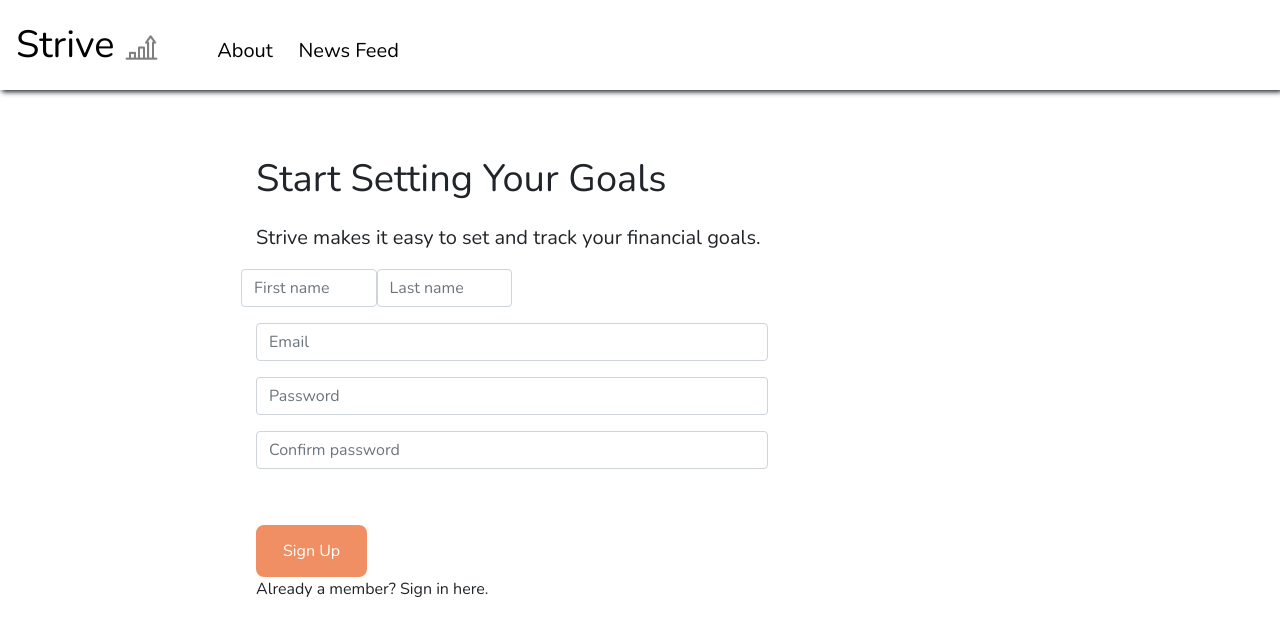
Repository: NoraOK/Strive
Page: http://localhost/strive/WEB-INF/strive/register.jsp
These files come from the project's save history. The page is drawn as it stood at one moment and after the next save; the edit follows.
The browser window is 1280 px wide. The pictures show the whole page.
The page is served by Tomcat 9. Nobody is signed in. Other server files are loaded and not shown. The template is opened directly, without the code that normally fills it, so the values that code supplies are empty.

Above is the page before, as saved 2019-12-18 20:05:34.

### strive/src/main/webapp/WEB-INF/strive/register.jsp
<%@ page language="java" contentType="text/html; charset=UTF-8"
    pageEncoding="UTF-8"%>
<%@ taglib prefix="form" uri="http://www.springframework.org/tags/form"%>
<!DOCTYPE html>
<html>
<head>
<meta charset="UTF-8">
<title>Strive | Sign Up</title>
	<link rel="stylesheet" href="https://stackpath.bootstrapcdn.com/bootstrap/4.3.1/css/bootstrap.min.css" integrity="sha384-ggOyR0iXCbMQv3Xipma34MD+dH/1fQ784/j6cY/iJTQUOhcWr7x9JvoRxT2MZw1T" crossorigin="anonymous">
	<link href="/css/register.css" rel="stylesheet" type="text/css"/>
	<link href="https://fonts.googleapis.com/css?family=Nunito&display=swap" rel="stylesheet">
</head>
<body>
	<div>
		<jsp:include page="headerNoLogout.jsp"/>
	</div>
	<div class="body">
		<p class="slogan">Start Setting Your Goals</p>
		<p class="about">Strive makes it easy to set and track your financial goals.</p>

    	<form:form method="POST" action="/registration" modelAttribute="user">
    		<p class="row">
	            <form:errors path="firstName"/>
	            <form:input path="firstName" class="col-3 form-control" placeholder="First name"/>
	            <form:errors path="lastName"/>
	            <form:input path="lastName" class="col-3 form-control" placeholder="Last name"/>
	        </p>
	        <p>
	            <p style="color:red;"><form:errors path="email"/></p>
	            <form:input path="email" class="form-control" placeholder="Email"/>
	        </p>
	        <p>
	            <p style="color:red;"><form:errors path="password"/></p>
	            <form:password path="password" class="form-control" placeholder="Password"/>
	        </p>
	        <p>
	            <p style="color:red;"><form:errors path="passwordConfirmation"/></p>
	            <form:password path="passwordConfirmation" class="form-control" placeholder="Confirm password"/>
	        </p>
	        <input type="submit" value="Sign Up" class="sign_up"/>
	        <p>Already a member? <a>Sign in here.</a></p>
    	</form:form>
	</div>
</body>
</html>

### strive/src/main/webapp/WEB-INF/strive/headerNoLogout.jsp
<%@ page language="java" contentType="text/html; charset=UTF-8"
    pageEncoding="UTF-8"%>
<!DOCTYPE html>
<html>
<head>
<meta charset="UTF-8">
<title>Insert title here</title>
	<link rel="stylesheet" href="https://stackpath.bootstrapcdn.com/bootstrap/4.3.1/css/bootstrap.min.css" integrity="sha384-ggOyR0iXCbMQv3Xipma34MD+dH/1fQ784/j6cY/iJTQUOhcWr7x9JvoRxT2MZw1T" crossorigin="anonymous">
	<link href="/css/header.css" rel="stylesheet" type="text/css"/>
	<link href="https://fonts.googleapis.com/css?family=Nunito&display=swap" rel="stylesheet">
</head>
<body>
	<header class="p-3">
		<div class="logo d-inline">
			<a href="/" class="d-inline home_button">Strive <img class="header_img" src="/images/icon2.png" alt=""></a>
			<div class="d-inline links pl-5">
				<a class="d-inline link" href="">About</a>
				<a class="d-inline link pl-3" href="">News Feed</a>
			</div>
		</div>
	</header>
</body>
</html>

### strive/src/main/resources/static/css/register.css
.body{
	padding-top: 150px;
	padding-left: 20%;
	font-family: 'Nunito', sans-serif;
	width: 60%;
}


.slogan{
	font-size: 38px;
	font-weight: light;
}

.about{
	font-size: 20px;
}



/* ------------------------------------- */
/*           Sign up button              */
/* ------------------------------------- */


.sign_up{
	border:2px solid #EF8F63 ;
	border-radius: 8px;
	background-color: #EF8F63;
	padding: 12px 25px;
	color: white;
}

.sign_up:hover{
	border:2px solid #F9AD86 ;
	border-radius: 8px;
	background-color: #F9AD86;
	padding: 12px 25px;
	color: white;
}
input[type=submit]{
	margin-top: 40px;
}

### strive/src/main/resources/static/css/header.css
header{
	box-shadow: 2px 2px 5px;
	height: 90px;
	z-index: 10;
    position: fixed;
    width: 100%;
    font-family:'Nunito', sans-serif;
    background-color: white;
}

.logo{
	font-size: 38px;

}
.header_img{
	background-color: white;
	width: 35px;
	opacity: .5;
}

.button{
	font-size: 17px;
	color: black;
}

.link {
	font-size: 20px;
	color: black;
}

a:link {
  text-decoration: none;
}

a:visited {
  text-decoration: none;
}

a:hover {
  text-decoration: none;
}

.logout_button{
	border: solid 1.5px #F9AD86;
	border-radius: 8px;
	padding:  8px;
	color: black;
}

.logout_button:hover {
	background-color: #F9AD86;
	color: white;
}

.buttons{
	margin-left: 60%;
}

.home_button{
	color: black;
}

After the next save:
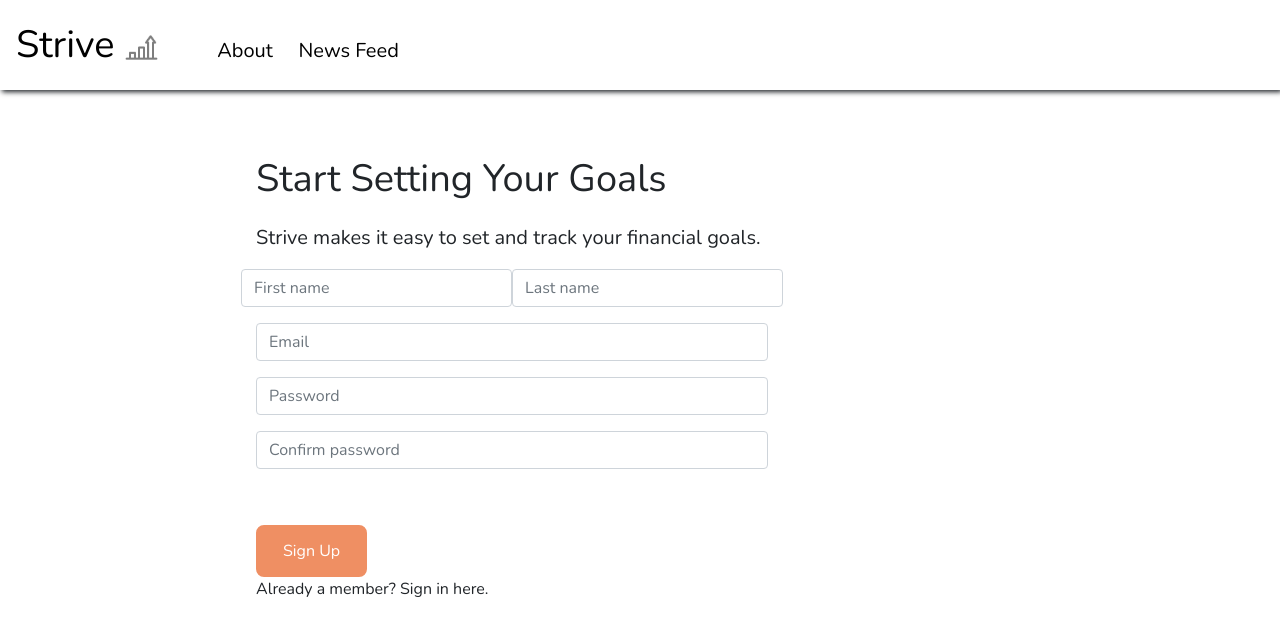
Saved 16 s later.
--- a/strive/src/main/webapp/WEB-INF/strive/register.jsp
+++ b/strive/src/main/webapp/WEB-INF/strive/register.jsp
@@ -21,9 +21,9 @@
     	<form:form method="POST" action="/registration" modelAttribute="user">
     		<p class="row">
 	            <form:errors path="firstName"/>
-	            <form:input path="firstName" class="col-3 form-control" placeholder="First name"/>
+	            <form:input path="firstName" class="col-6 form-control" placeholder="First name"/>
 	            <form:errors path="lastName"/>
-	            <form:input path="lastName" class="col-3 form-control" placeholder="Last name"/>
+	            <form:input path="lastName" class="col-6 form-control" placeholder="Last name"/>
 	        </p>
 	        <p>
 	            <p style="color:red;"><form:errors path="email"/></p>
